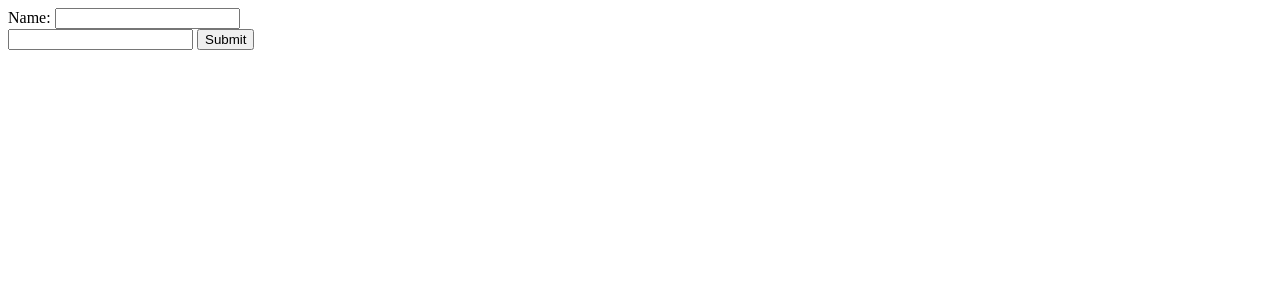
Repository: akki1071993/JavaServlet
Page: HttpServletFilterDemo/src/main/webapp/index.html
The author's editor kept a copy of each file at every save. The page is drawn from the files as they stood at one save, then again after a run of saves.
The browser window is 1280 px wide. The pictures show the whole page.

Above is the page before, as saved 2022-06-15 05:39:08.

### HttpServletFilterDemo/src/main/webapp/index.html
<!DOCTYPE html>
<html>
<head>
<meta charset="ISO-8859-1">
<title>Insert title here</title>
</head>
<body>



<form action="done" method="post">
Name: <input type="text" name="fname"> <br>
<input type="text" name="lname">
<button type="submit" value="Ok"> Submit</button>


</form>
</body>
</html>

After the next 2 saves:
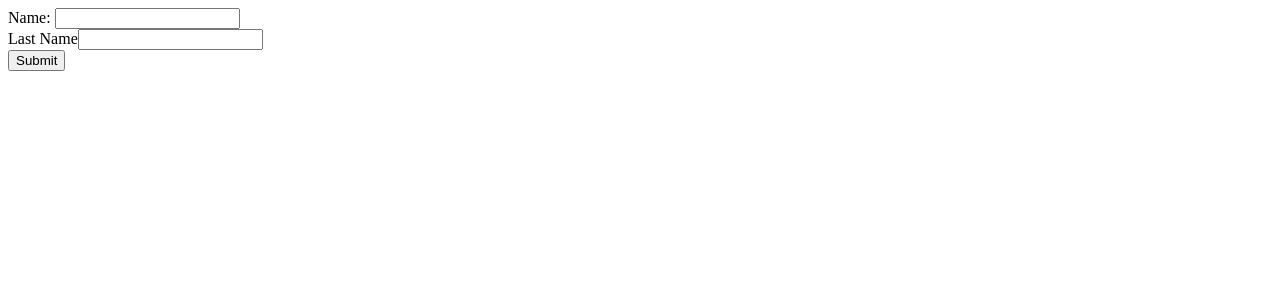
The 2 saves are shown as one change because they came seconds apart.
The last was saved 9 s later.
--- a/HttpServletFilterDemo/src/main/webapp/index.html
+++ b/HttpServletFilterDemo/src/main/webapp/index.html
@@ -10,7 +10,7 @@
 
 <form action="done" method="post">
 Name: <input type="text" name="fname"> <br>
-<input type="text" name="lname">
+Last Name<input type="text" name="lname"><br>
 <button type="submit" value="Ok"> Submit</button>
 
 
